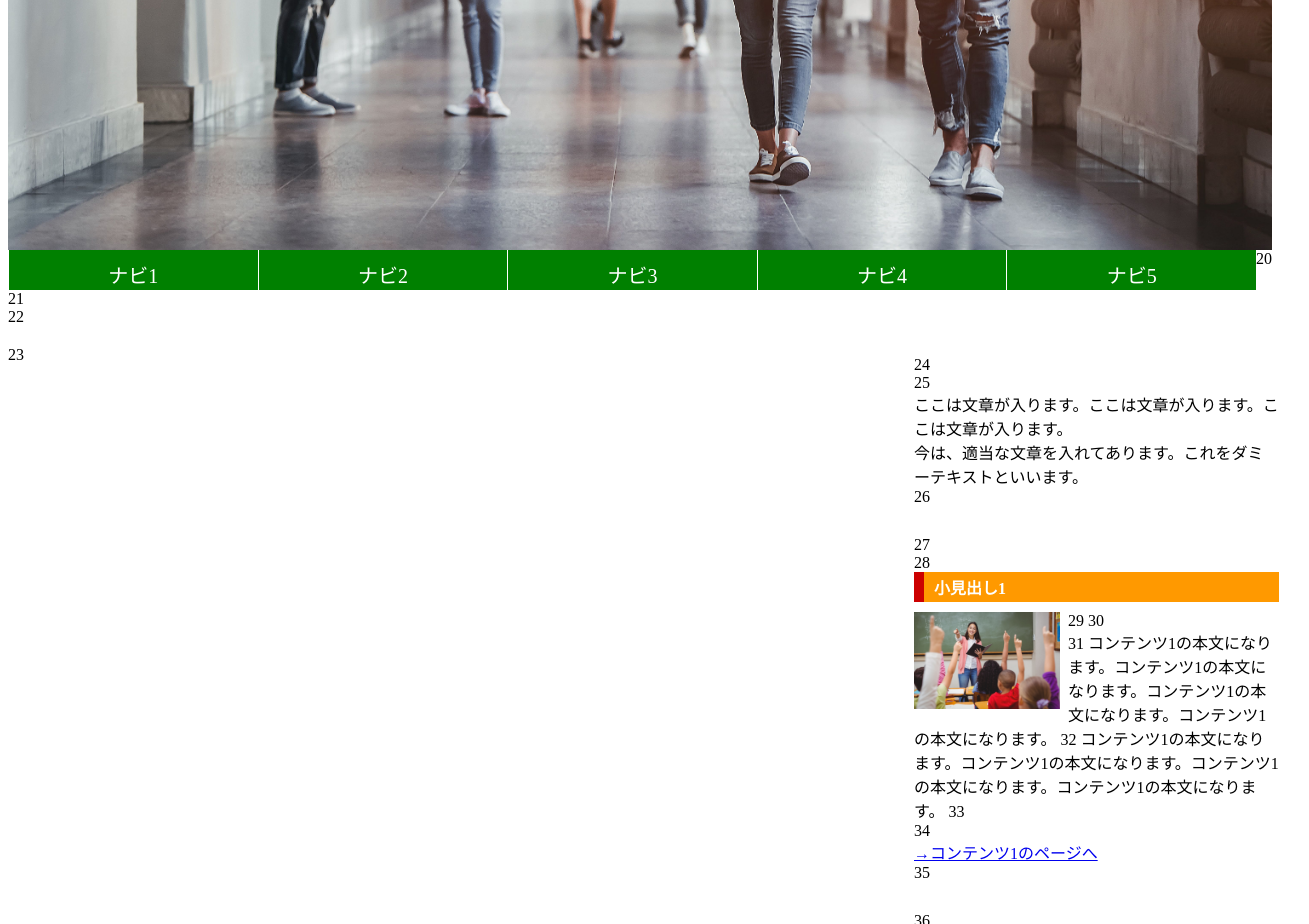
Repository: kazu999999/samurai_HTML-CSS
Page: home.html
The author's editor kept a record of every edit. The page is drawn from the files as they stood at one moment, then again after the next edit.
The browser window is 1280 px wide. The page is 1309 px wide, then 1288 px, so the pictures cover 1309 px, including what lies to the right of the window. The pictures show the part of the page from y = 620 to 1544 px (the page is 3078 px tall before and 2887 px after).

Above is the page before.

### home.html
!DOCTYPE html>
<html lang="ja">
3    <head>
4        <meta charset="UTF-8">
5        <title>HTML/CSSの学習</title>
6        <link rel="stylesheet" href="stylesheet.css">
7    </head>
8    <body>
        <div id="header">
            <h1><a href="index.html"><img id="corridor" src="images/corridor.jpg" alt="大学の廊下" /></a></h1>
        </div>
        <div id="wrapper">
            <div id="nav">
                <ul>
                    <li><a href="home.html">ナビ1</a></li>
                    <li><a href="#">ナビ2</a></li>
                   <li><a href="#">ナビ3</a></li>
                    <li><a href="#">ナビ4</a></li>
                    <li><a href="#">ナビ5</a></li>
20                </ul>
21            </div>
22            <div id="container">
23                <div id="main">
24                    <div class="post">
25                        <p>ここは文章が入ります。ここは文章が入ります。ここは文章が入ります。<br />今は、適当な文章を入れてあります。これをダミーテキストといいます。</p>
26                    </div>
27                    <div class="post clearfix">
28                        <h2>小見出し1</h2>
29                        <img class="left" src="images/classroom.jpg" alt="授業風景" />
30                        <p>
31                            コンテンツ1の本文になります。コンテンツ1の本文になります。コンテンツ1の本文になります。コンテンツ1の本文になります。
32                            コンテンツ1の本文になります。コンテンツ1の本文になります。コンテンツ1の本文になります。コンテンツ1の本文になります。
33                        </p>
34                        <p><a href="#">→コンテンツ1のページへ</a></p>
35                    </div>
36                    <div class="post clearfix">
37                        <h2>小見出し2</h2>
38                        <img class="right" src="images/scale.jpg" alt="天秤" />
39                        <p>
40                            コンテンツ2の本文になります。コンテンツ2の本文になります。コンテンツ2の本文になります。コンテンツ2の本文になります。
41                            コンテンツ2の本文になります。コンテンツ2の本文になります。コンテンツ2の本文になります。コンテンツ2の本文になります。
42                        </p>
43                    </div>
44                </div>
45                <div id="side">
46                    <div class="box">
47                        <h2>サイドメニュー1</h2>
48                        <div class="boxBody">
49                            <ul>
50                                <li>項目1</li>
51                                <li>項目2</li>
52                                <li>項目3</li>
53                                <li>項目4</li>
54                            </ul>
55                        </div>
56                    </div>
57                    <div class="box">
58                        <h2>サイドメニュー2</h2>
59                        <div class="boxBody">
60                            <ul>
61                                <li>項目1</li>
62                                <li>項目2</li>
63                                <li>項目3</li>
64                                <li>項目4</li>
65                            </ul>
66                        </div>
67                    </div>
68                </div>
69            </div>
70        </div>
71        <div id="footer">
72            <p>&copy; 20xx ○○ All Rights Reserved.</p>
73        </div>
74    </body>
75</html>

### stylesheet.css
@charset "utf-8";

3body {
	margin: 0;
	padding: 0;
	font-family: "ヒラギノ角ゴ Pro W3", "Hiragino Kaku Gothic Pro", "メイリオ", Meiryo, Osaka, "ＭＳ Ｐゴシック", "MS PGothic", sans-serif;
	color: #333;
	font-size: 13px;
	line-height: 150%;
}

/* -------------------- wrapper -------------------- */3#wrapper {
	width: 100%;
	margin: auto;
	padding: 0px;
	border: 0px;
	background-color: #FFF;
	top: 10px;
	position: relative;
}

/* -------------------- header -------------------- */
#header {
	width: 100%;
}
#header h1 {
	margin: 0;
	padding: 0;
}

#corridor {
	width: 100%;
	height: auto;
}

/* -------------------- footer -------------------- */
#footer {
	clear: both;
	width: 100%;
	padding: 3px 0 3px 0;
	background: #39F;
	color: #FFF;
	font-weight: bold;
	text-align: center;
}

/* -------------------- nav -------------------- */
#nav {
	width: 100%;
}
#nav ul {
	display: flex;
	margin: 0;
	padding: 0;
	list-style-type: none;
}
#nav ul li {
	width: 20%;
	text-align: center;
}
#nav ul li a {
	display: block;
	height: 20px;
	margin: 0;
	padding: 10px;
	color: #FFF;
	font-size: 20px;
	text-decoration: none;
	background-color: green;
   border-left: 1px solid white;
}

#nav ul li a:hover {
	filter: drop-shadow(10px 10px 10px black);
}

/* -------------------- container -------------------- */
#container {
	width: 100%;
	margin: auto ;
	padding-top: 20px;
	clear: both;
	display: grid;
	grid-template-columns: 70vw 30vw;
}
/* -------------------- main -------------------- */
#main {
	width: 95%;
	padding: 10px 30px 10px 10px;
}
#main h2 {
	margin: 0 0 10px 0;
	padding: 3px 10px 3px 10px;
	color: #FFF;
	font-size: 16px;
	border-left: solid 10px #C00;
	background-color: #F90;
}
#main p {
	margin: 0;
	padding: 0;
}
#main .post {
	margin: 0 0 30px 0;
}

#main .post img.right {
	margin: 0 0 0 8px;
}
#main .post img.left {
	margin: 0 8px 0 0;
}

.right {
	float: right;
	width: 40%;
	height: auto;
}
.left {
	float: left;
	width: 40%;
	height: auto;
}

/* -------------------- clearfix -------------------- */
.clearfix {
	zoom: 1;
}
.clearfix:after{
	content: "";
	display: block;
	clear: both;
}

/* -------------------- side -------------------- */
#side {
	width: 85%;
	padding: 20px;
	background-color: #F99;
}
#side .box {
	margin: 0 auto 30px auto;
	padding: 0 0 20px 0;
	background: url(images/side_box.png) bottom no-repeat;
}
#side .box h2 {
	margin: 0;
	padding: 8px;
	text-align: center;
	color: #fff;
	font-size: 16px;
	line-height: 16px;
	font-weight: normal;
	background: url(images/side_box_h2.png) center no-repeat;
}
#side .box .boxBody {
	padding: 8px;
	border-right: solid 1px #C36;
	border-bottom: solid 1px #C36;
	border-left: solid 1px #C36;
	background: #fff;
}
#side .box .boxBody ul {
	margin: 0 0 16px 0;
	padding: 0;
}
#side .box .boxBody ul li {
	padding: 8px 0 8px 4px;
	list-style: none;
	border-bottom: solid 1px #C36;
}

#side .box .boxBody ul li:hover {
	padding: 8px 0 8px 4px;
	list-style: none;
	border-bottom: solid 1px #C36;
	box-shadow: 0px 4px 4px rgba(0, 0, 0, 0.3);
179}
180

After the next edit:
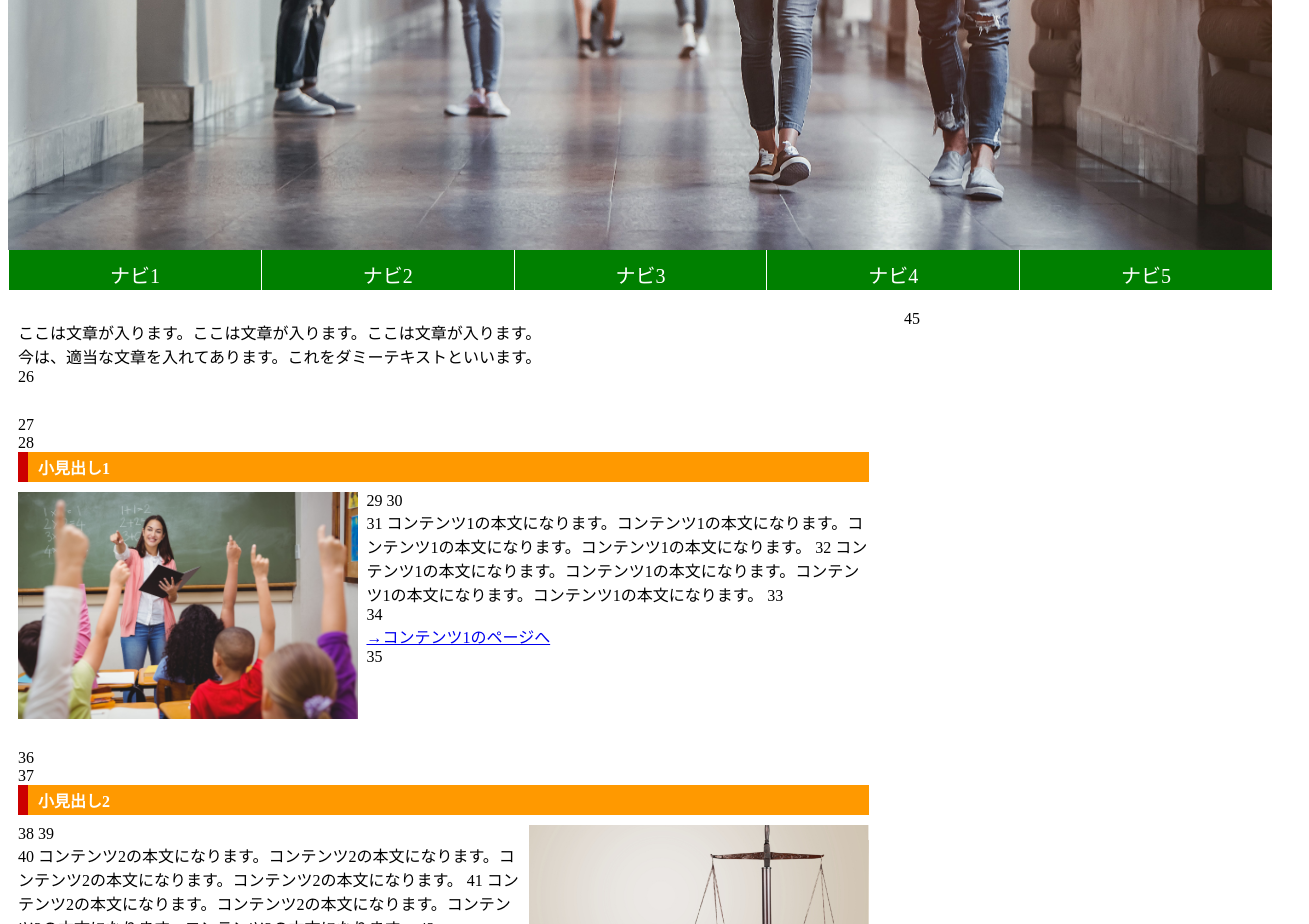
The edit:
--- a/home.html
+++ b/home.html
@@ -17,12 +17,12 @@
                    <li><a href="#">ナビ3</a></li>
                     <li><a href="#">ナビ4</a></li>
                     <li><a href="#">ナビ5</a></li>
-20                </ul>
-21            </div>
-22            <div id="container">
-23                <div id="main">
-24                    <div class="post">
-25                        <p>ここは文章が入ります。ここは文章が入ります。ここは文章が入ります。<br />今は、適当な文章を入れてあります。これをダミーテキストといいます。</p>
+                </ul>
+            </div>
+            <div id="container">
+                <div id="main">
+                    <div class="post">
+                        <p>ここは文章が入ります。ここは文章が入ります。ここは文章が入ります。<br />今は、適当な文章を入れてあります。これをダミーテキストといいます。</p>
 26                    </div>
 27                    <div class="post clearfix">
 28                        <h2>小見出し1</h2>
